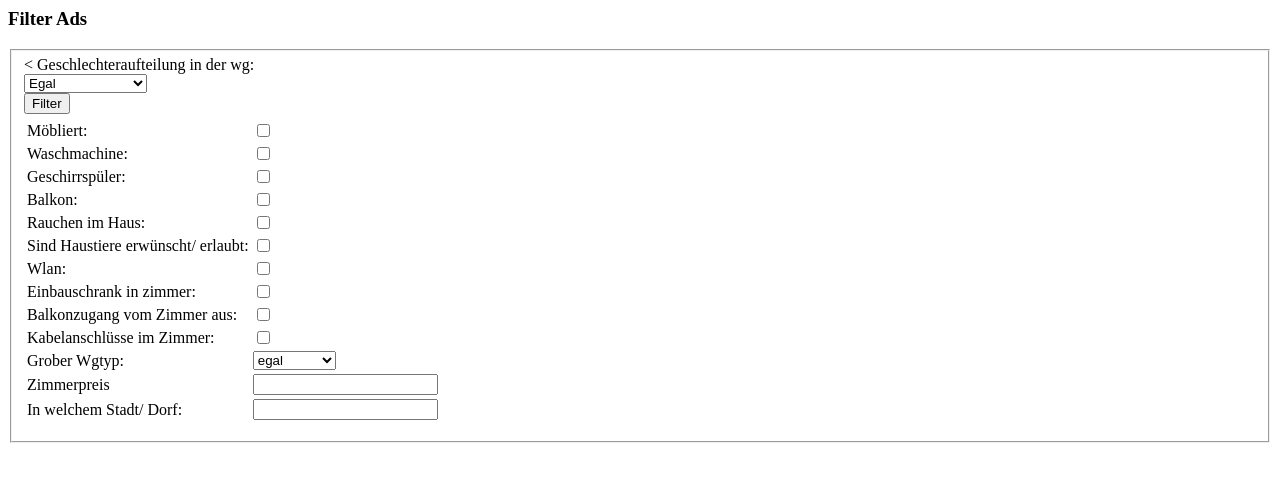
Repository: ese-unibe-ch/ese2014-team2
Page: http://localhost/Skeleton/pages/template/filter.jsp
An editor plug-in stored every save of this project. The page is shown before and after the next save, followed by the edit.
The browser window is 1280 px wide. The pictures show the whole page.
The page is served by Tomcat 9. Nobody is signed in. The application's start-up code is not run. Other server files are loaded and not shown. The template is opened directly, without the code that normally fills it, so the values that code supplies are empty.

Above is the page before, as saved 2014-10-30 16:58:25.

### Skeleton/src/main/webapp/pages/template/filter.jsp
<%@ page language="java" pageEncoding="UTF-8" contentType="text/html;charset=utf-8" %>
<%@ taglib prefix="c" uri="http://java.sun.com/jsp/jstl/core" %>
<%@ taglib prefix="form" uri="http://www.springframework.org/tags/form" %>
<%@ taglib prefix="spring" uri="http://www.springframework.org/tags" %>

<div class="main">
	<div class="col-sm-12">
    	<div class="panel panel-default">
        	<div class="panel-heading">
            	<h3 class="panel-title">Filter Ads</h3>
            </div>
            <div class="panel-body">
              <form:form method="post" modelAttribute="filterForm" action="filterAds" id="filterForm" cssClass="form-horizontal" autocomplete="off" enctype="multipart/form-data">
		<fieldset>
			<table>
				<tr>
					<td></td>
					<td></td>
				</tr>

				<tr>
					<td>
						<label class="control-label" for="field-furnished">Möbliert:</label>
					</td>
					<td><div class="controls">
							<form:checkbox	path="furnished" id="field-furnished" tabindex="1" />
						</div>
					</td>
				</tr>

				<tr>
					<td>
						<label class="control-label" for="field-Laundry">Waschmachine:</label>
					</td>
					<td>
						<div class="controls">
							<form:checkbox	path="hasLaundry" id="field-Laundry" tabindex="2" />
						</div>
					</td>
				</tr>

				<tr>
					<td>
						<label class="control-label" for="field-Dishwasher">Geschirrspüler:</label>
					</td>
					<td>
						<div class="controls">
							<form:checkbox	path="hasDishwasher" id="field-Dishwasher" tabindex="3" />
						</div>
					</td>
				</tr>

				<tr>
					<td>
						<label class="control-label" for="field-Balcony">Balkon:</label>
					</td>
					<td>
						<div class="controls">
							<form:checkbox	path="hasBalcony" id="field-Balcony" tabindex="4" />
						</div>
					</td>
				</tr>

				<tr>
					<td>
						<label class="control-label" for="field-smokingInside">Rauchen im Haus:</label>
					</td>
					<td>
						<div class="controls">
							<form:checkbox	path="smokingInside" id="field-smokingInside" tabindex="5" />
						</div>
					</td>
				</tr>

				<tr>
					<td>
						<label class="control-label" for="field-pets">Sind Haustiere erwünscht/ erlaubt:</label>
					</td>
					<td>
						<div class="controls">
							<form:checkbox	path="hasPets" id="field-pets" tabindex="6" />
						</div>
					</td>
				</tr>

				<tr>
					<td>
						<label class="control-label" for="field-wlan">Wlan:</label>
					</td>
					<td>
						<div class="controls">
							<form:checkbox	path="wlan" id="field-wlan" tabindex="7" />
						</div>
					</td>
				</tr>

				<tr>
					<td>
						<label class="control-label" for="field-closet">Einbauschrank in zimmer:</label>
					</td>
					<td>
						<div class="controls">
							<form:checkbox	path="hasBuiltInCloset" id="field-closet" tabindex="8" />
						</div>
					</td>
				</tr>

				<tr>
					<td>
						<label class="control-label" for="field-isToBalcony">Balkonzugang vom Zimmer aus:</label>
					</td>
					<td>
						<div class="controls">
							<form:checkbox	path="toBalcony" id="field-isToBalcony" tabindex="9" />
						</div>
					</td>
				</tr>

				<tr>
					<td>
						<label class="control-label" for="field-Cables">Kabelanschlüsse im Zimmer:</label>
					</td>
					<td>
						<div class="controls">
							<form:checkbox	path="hasCables" id="field-Cables" tabindex="10" />
						</div>
					</td>
				</tr>

				<tr>
					<td>
						<label class="control-label" for="field-wgType">Grober Wgtyp:</label>
					</td>
					<td>
						<div class="controls">
							<form:select path="wgType" id="field-wgType"
								tabindex="7">
								<option value="undef">egal</option>
								<option value="wild">eher wild</option>
								<option value="calm">eher ruhig</option>
							</form:select>
						</div>
					</td>
				</tr>

				<tr>
					<td>
						<label class="control-label" for="field-roomPrice">Zimmerpreis</label>
					</td>
					<td>
						<div class="controls">
							<form:input path="roomPrice" id="field-roomPrice" tabindex="11"	maxlength="10" />
					 	</div>
					 </td>
				</tr>

				<tr>
					<td>
						<label class="control-label" for="field-city">In welchem Stadt/ Dorf:</label>
					</td>
					<td>
						<div class="controls">
							<form:input path="city" id="field-city" tabindex="12" maxlength="10" />
						</div>
					</td>
				</tr>

				<tr>
					<td></td>
					<td></td>
				</tr>

				<tr>
					<td></td>
					<td></td>
				</tr>



















						<

						<label class="control-label" for="field-wgGender">Geschlechteraufteilung in der wg: </label>

						<div class="controls">
							<form:select path="wgGender" id="field-wgGender"
								tabindex="13">
								<option value="dontcare"> Egal</option>
								<option value="female">Reine Frauenwg</option>
								<option value="male">Reine Männerwg</option>


							</form:select>
						</div>
					 		<button type="submit" class="btnpink">Filter</button>
						</div>
			</table>
		</fieldset>
		</form:form>
            </div>
          </div>





</div>

After the next save:
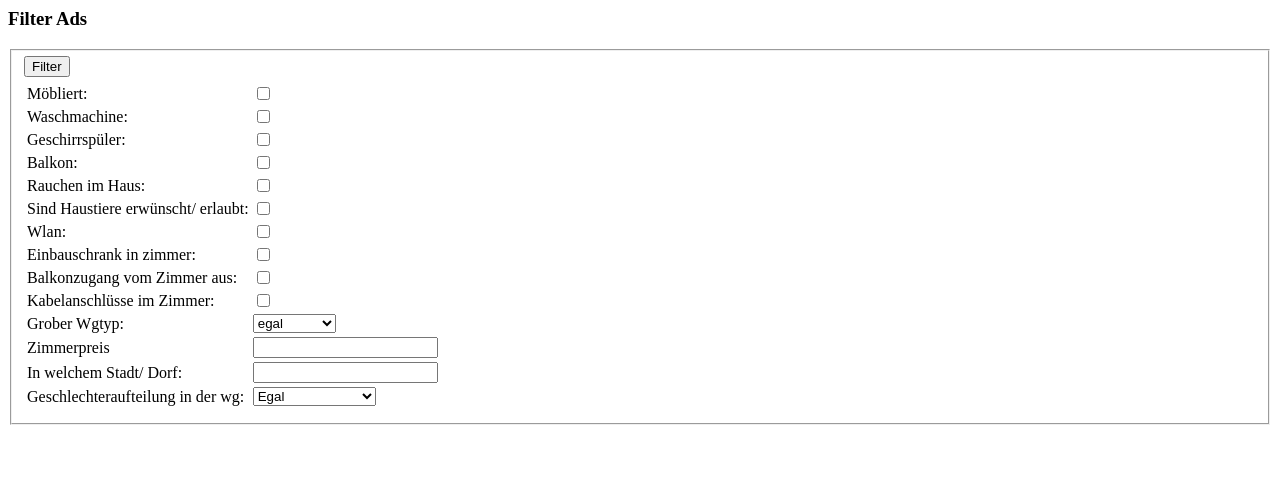
Saved 52 s later.
--- a/Skeleton/src/main/webapp/pages/template/filter.jsp
+++ b/Skeleton/src/main/webapp/pages/template/filter.jsp
@@ -166,47 +166,49 @@
 				</tr>
 
 				<tr>
-					<td></td>
-					<td></td>
-				</tr>
-
-				<tr>
-					<td></td>
-					<td></td>
-				</tr>
-
-
-
-
-
-
-
-
-
-
-
-
-
-
-
-
-
-
-
-						<
-
+					<td>
 						<label class="control-label" for="field-wgGender">Geschlechteraufteilung in der wg: </label>
-
+					</td>
+					<td>
 						<div class="controls">
 							<form:select path="wgGender" id="field-wgGender"
 								tabindex="13">
 								<option value="dontcare"> Egal</option>
 								<option value="female">Reine Frauenwg</option>
 								<option value="male">Reine Männerwg</option>
-
-
 							</form:select>
 						</div>
+					</td>
+				</tr>
+
+				<tr>
+					<td></td>
+					<td></td>
+				</tr>
+
+
+
+
+
+
+
+
+
+
+
+
+
+
+
+
+
+
+
+
+
+
+
+
 					 		<button type="submit" class="btnpink">Filter</button>
 						</div>
 			</table>
